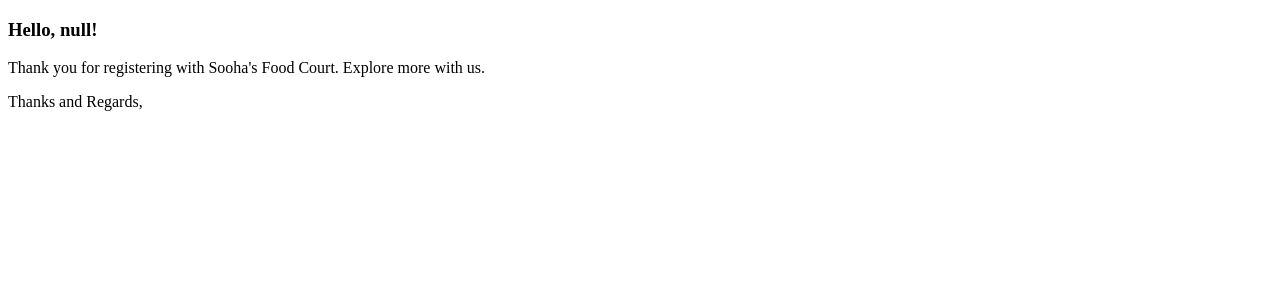
Repository: somasekharpulicherla/App_Ecommerce
Page: http://localhost/emailTemplate
An editor plug-in stored every save of this project. The page is shown before and after the next save, followed by the edit.
The browser window is 1280 px wide. The pictures show the whole page.
The page is this project's Thymeleaf template; nobody is signed in. The template is opened directly, without the code that normally fills it, so the values that code supplies are empty.

Above is the page before, as saved 2024-06-16 11:04:47.

After the next save:
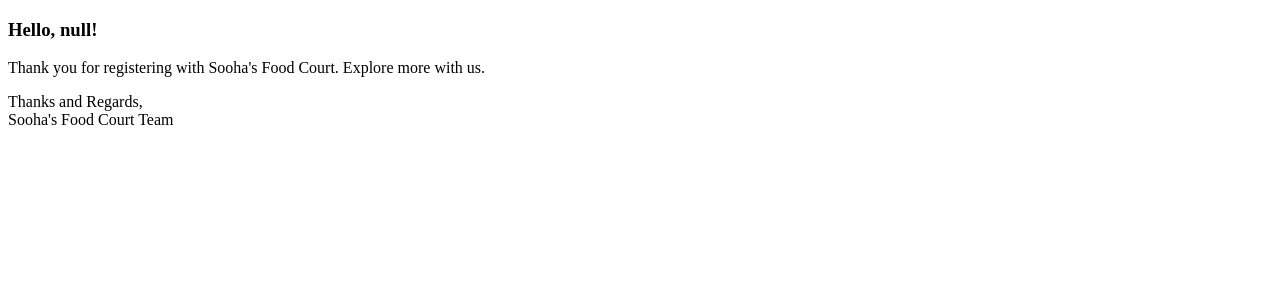
Saved 5 s later.
--- a/AppEcommerce/AppEcommerce/src/main/resources/templates/emailTemplate.html
+++ b/AppEcommerce/AppEcommerce/src/main/resources/templates/emailTemplate.html
@@ -7,7 +7,8 @@
     <h3 th:text="'Hello, ' + ${name} + '!'"></h3>
     <p>Thank you for registering with Sooha's Food Court. Explore more with us.</p>
 
-    <p>Thanks and Regards,<br> </p>
+    <p>Thanks and Regards,<br>
+    Sooha's Food Court Team</p>
     <p></p>
 </body>
 </html>
